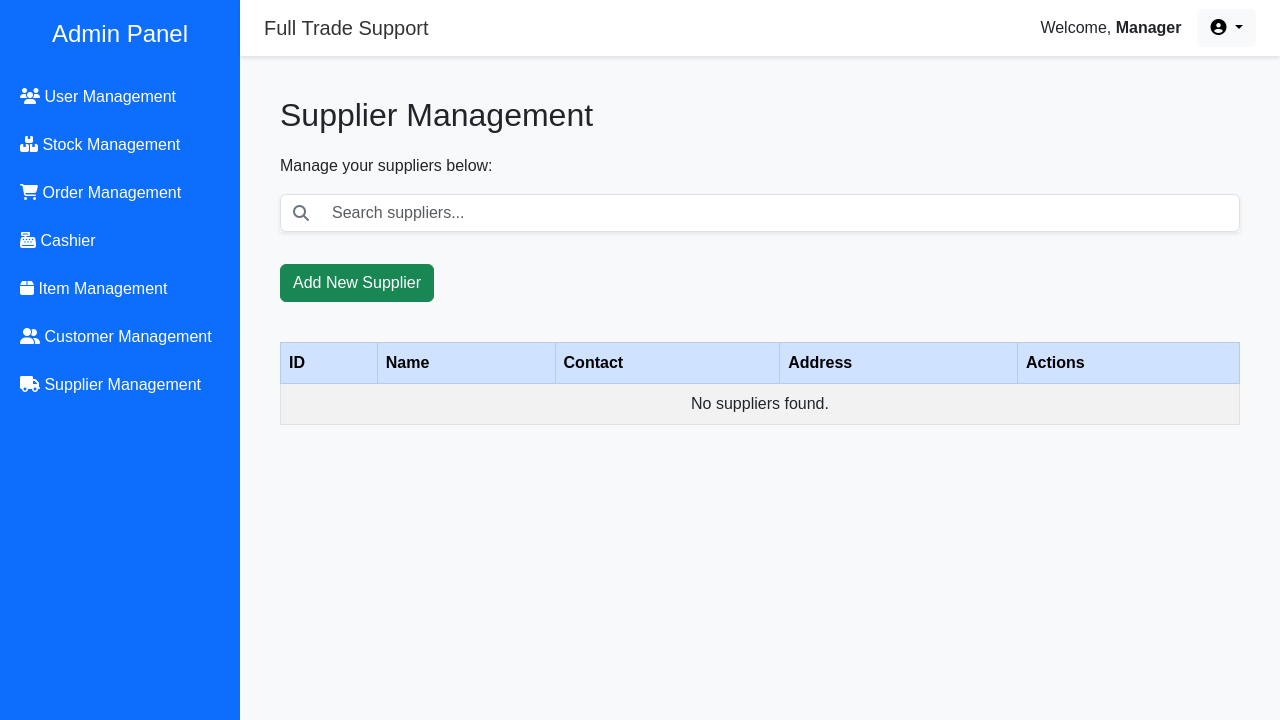
Repository: LakviduUpasara/onlineSparePartsManagementSystem
Page: http://localhost/Spare_parts_Management_Systems/supplier-list
An editor plug-in stored every save of this project. The page is shown before and after the next save, followed by the edit.
The browser window is 1280 px wide. The pictures show the whole page.
The page is served by Tomcat 9. Queries for data that is not in the repository find no rows.

Above is the page before, as saved 2025-05-13 20:06:14.

After the next save:
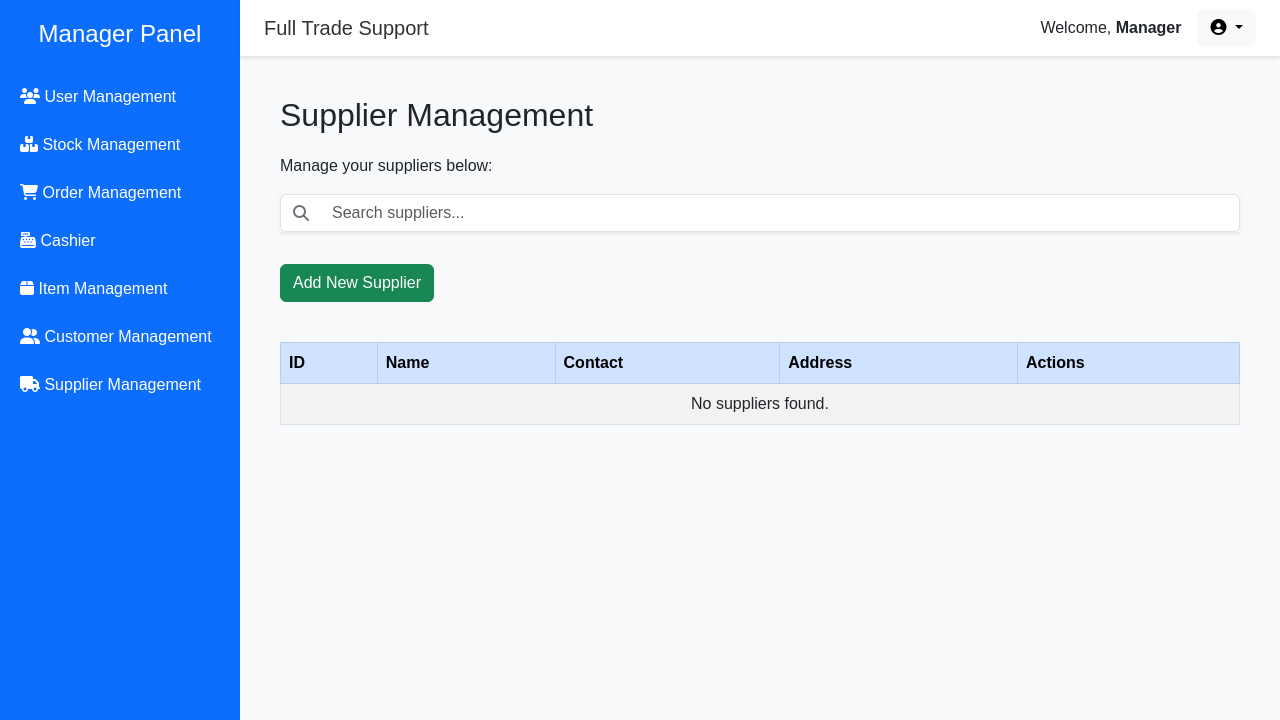
Saved 7 s later.
--- a/Project/Project/Spare_parts_Management_Systems/src/main/webapp/Maneger/maneger_dashbord.jsp
+++ b/Project/Project/Spare_parts_Management_Systems/src/main/webapp/Maneger/maneger_dashbord.jsp
@@ -67,16 +67,6 @@
     <a href="#"><i class="fas fa-box"></i> Item Management</a>
     <a href="#"><i class="fas fa-user-friends"></i> Customer Management</a>
     <a href="#"><i class="fas fa-truck"></i> Supplier Management</a>
-  </div>
-<div class="sidebar">
-    <h4 class="text-center mb-4">Admin  Panel</h4>
-    <a href=" GetAllServlet"><i class="fas fa-users"></i> User Management</a>
-    <a href="#"><i class="fas fa-boxes"></i> Stock Management</a>
-    <a href="#"><i class="fas fa-shopping-cart"></i> Order Management</a>
-    <a href="#"><i class="fas fa-cash-register"></i> Cashier</a>
-    <a href="#"><i class="fas fa-box"></i> Item Management</a>
-    <a href="#"><i class="fas fa-user-friends"></i> Customer Management</a>
-    <a href="supplier-list"><i class="fas fa-truck"></i> Supplier Management</a>
   </div>
 
   <!-- Main Content -->
